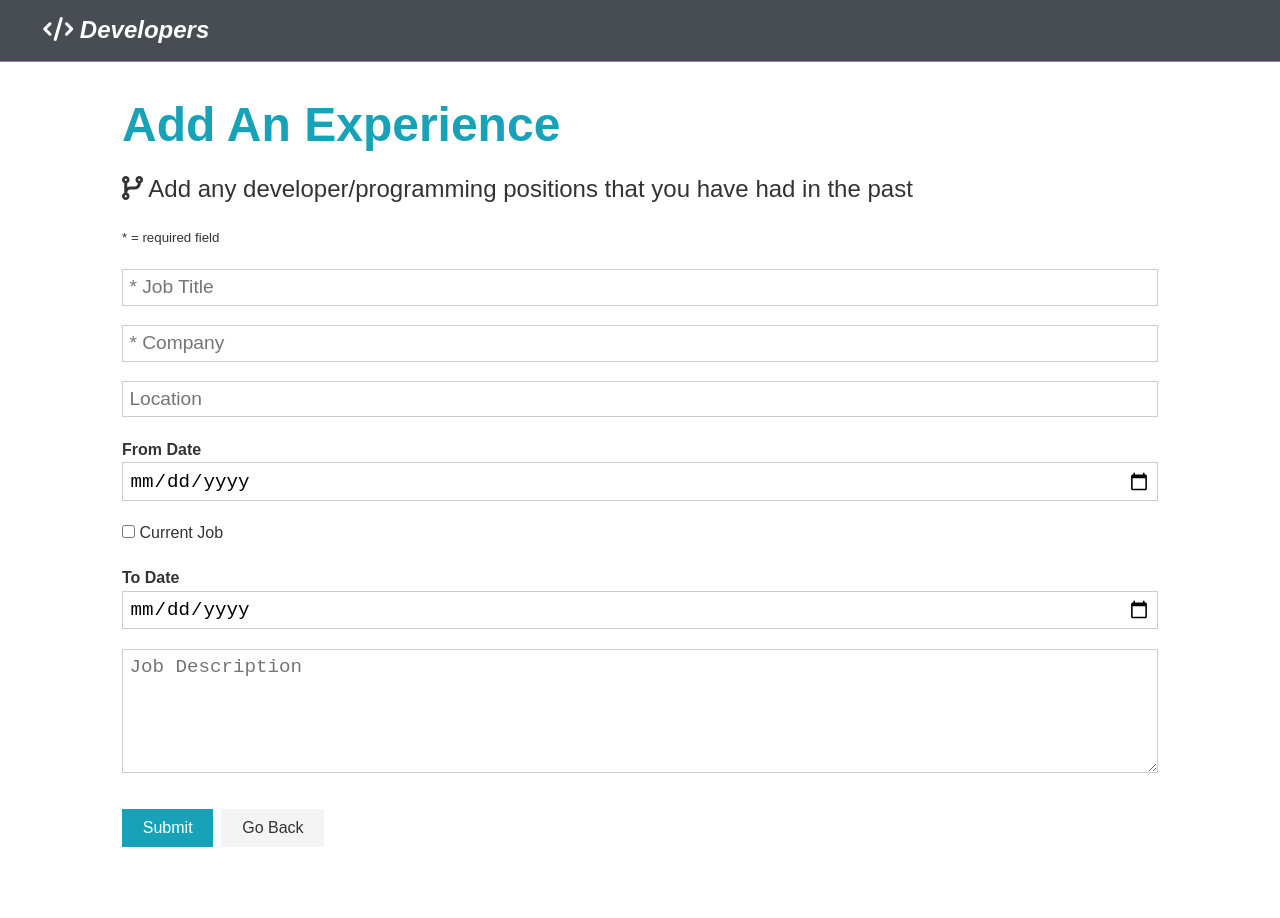
Repository: priyavmehta/Developers
Page: /add-experience (app in client/)
An editor plug-in stored every save of this project. The page is shown before and after the next save, followed by the edit.
The browser window is 1280 px wide. The pictures show the whole page.
The page's requests for data from a server got no answer. Some web libraries are served in a nearby version. The project was rebuilt for these pictures with package versions that can differ from the ones it lists, and the page was loaded fresh each time. No one was signed in, and anything a server would have sent is missing. Also part of the build but not shown: client/src/components/layout/Landing.js, client/src/components/auth/Login.js, client/src/components/auth/Register.js, client/src/components/layout/Alert.js, client/src/components/layout/Spinner.js, client/src/components/dashboard/DashboardActions.js, client/src/components/dashboard/Dashboard.js, client/src/components/profile-forms/CreateProfile.js and 2 more. Imported but missing from the stored project, and not drawn on this page: client/src/actions/types.

Above is the page before, as saved 2020-12-17 23:58:46.

After the next save:
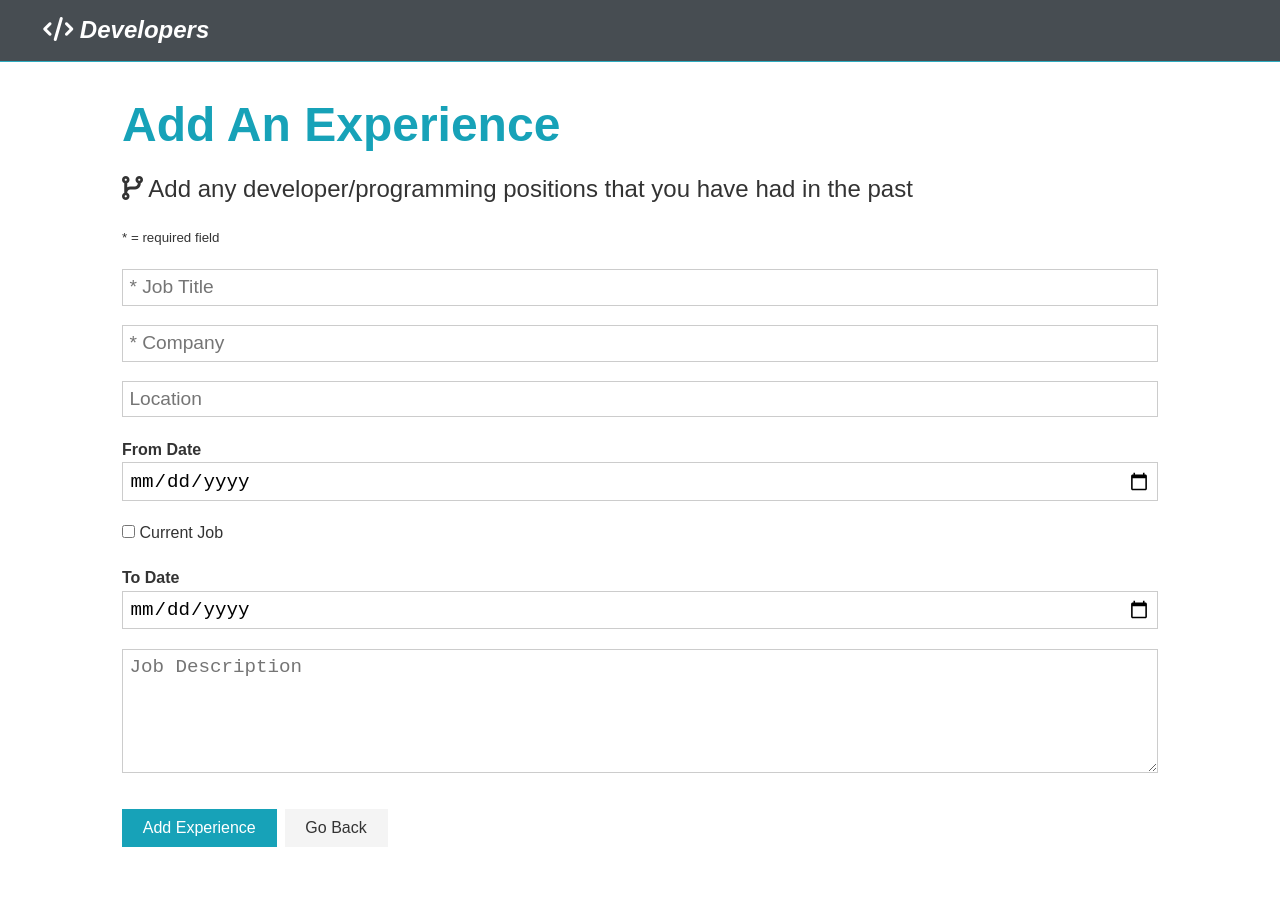
Saved 5 min 12 s later.
--- a/client/src/components/profile-forms/AddExperience.js
+++ b/client/src/components/profile-forms/AddExperience.js
@@ -37,20 +37,20 @@
             <small>* = required field</small>
             <form class="form">
                 <div class="form-group">
-                    <input type="text" placeholder="* Job Title" name="title" required />
+                    <input type="text" placeholder="* Job Title" name="title" required value={title} />
                 </div>
                 <div class="form-group">
-                    <input type="text" placeholder="* Company" name="company" required />
+                    <input type="text" placeholder="* Company" name="company" required value={company} />
                 </div>
                 <div class="form-group">
-                    <input type="text" placeholder="Location" name="location" />
+                    <input type="text" placeholder="Location" name="location" value={location} />
                 </div>
                 <div class="form-group">
                     <h4>From Date</h4>
                     <input type="date" name="from" />
                 </div>
                 <div class="form-group">
-                    <p><input type="checkbox" name="current" value="" /> Current Job</p>
+                    <p><input type="checkbox" name="current" /> Current Job</p>
                 </div>
                 {
                     !current && <div class="form-group">
@@ -65,10 +65,11 @@
                         cols="30"
                         rows="5"
                         placeholder="Job Description"
+                        value={description}
                     ></textarea>
                 </div>
-                <input type="submit" class="btn btn-primary my-1" />
-                <a class="btn btn-light my-1" href="dashboard.html">Go Back</a>
+                <input type="submit" class="btn btn-primary my-1" value="Add Experience"/>
+                <Link class="btn btn-light my-1" to="/dashboard">Go Back</Link>
             </form>
         </Fragment>
     )
